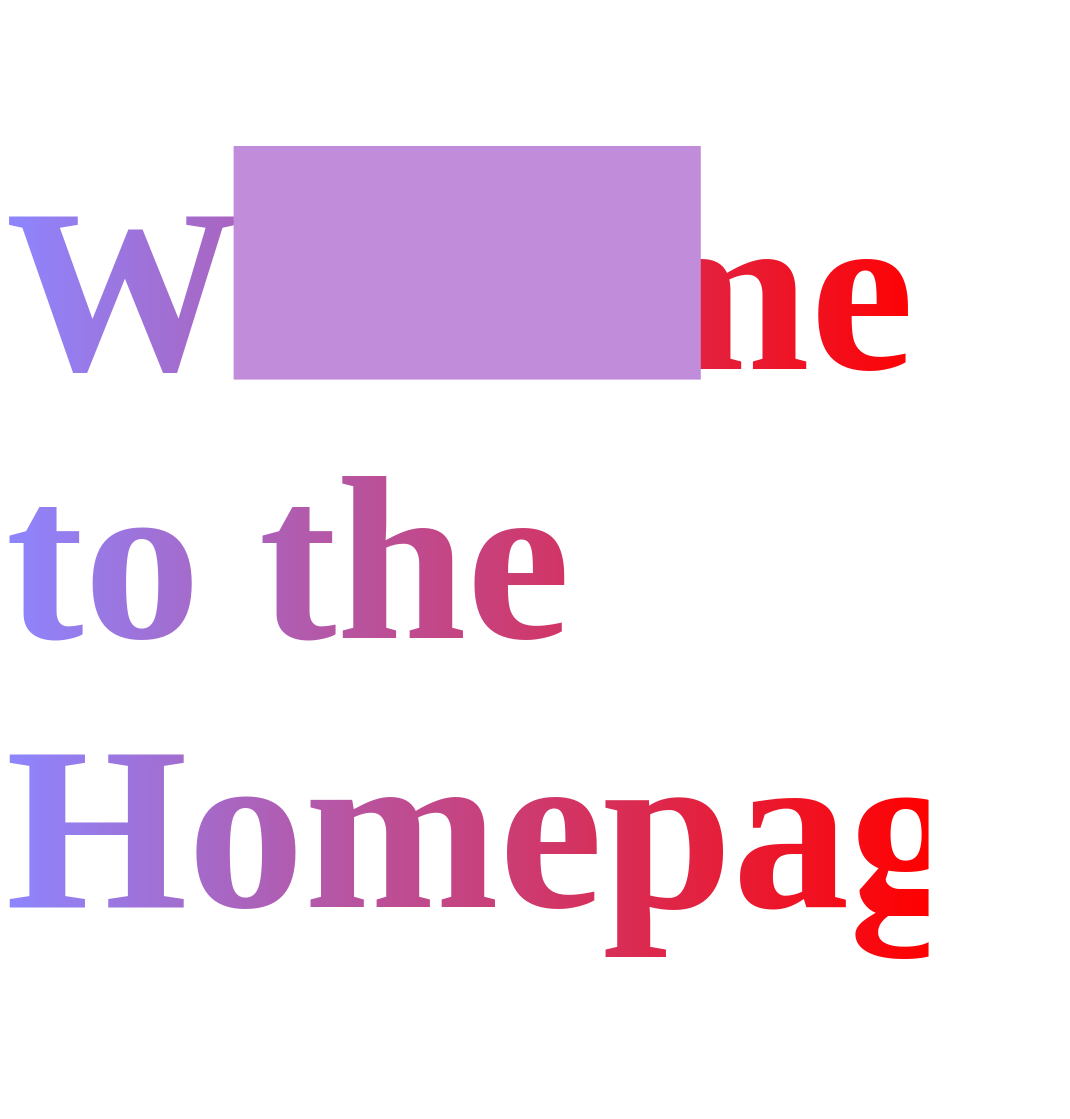
Repository: juliet-jskim/week9-popup-MDIA2109
Page: /
An editor plug-in stored every save of this project. The page is shown before and after the next save, followed by the edit.
The browser window is 1280 px wide. The page is 1466 px wide, then 1280 px, so the pictures cover 1466 px, including what lies to the right of the window. The pictures show the whole page, at 73% of full size.
The project was rebuilt for these pictures with package versions that can differ from the ones it lists, and the page was loaded fresh each time. The framework's server and built-in components were replaced by stand-ins that run in the browser. Also part of the build but not shown: next.config.js.

Above is the page before, as saved 2023-02-27 10:08:35.

### pages/index.js
import Head from 'next/head'
import Image from 'next/image'
import styles from '@/styles/Home.module.css'
import Ad from '@/components/Ad'


export default function Home() {
  return (
    <>
      <Head>
        <title>Create Next App</title>
        <meta name="description" content="Generated by create next app" />
        <meta name="viewport" content="width=device-width, initial-scale=1" />
        <link rel="icon" href="/favicon.ico" />
      </Head>
      <main className={styles.main}>
        <h1>Welcome to the Homepage</h1>
        <Ad/>
      </main>
    </>
  )
}

### styles/globals.css
:root {

}

### styles/Home.module.css
.main {
  font-family: lust;
  background: rgb(141,134,255);
  background: linear-gradient(90deg, rgba(141,134,255,1) 0%, rgba(255,0,0,1) 100%);
  z-index: -1;
  -webkit-background-clip: text;
  -webkit-text-fill-color: transparent;
  font-size: 10rem;
}

### components/Ad/index.js
import { useState } from "react"
import styles from './Ad.module.css'

export default function Ad() {

    const [popup, setPopup] = useState(true); //if theres only 2 different values, e.g yes/no, you can use boolean values


    return (
        <>
        {
            popup ?
            <div className={styles.container}>
                    <div className={styles.popup__area}>
                        <div onClick={() => setPopup(false)}>Close</div>
                        Welcome
                    </div>
            </div>
            : <></> //if false, it will show up empty
        }
        </>
    )
}

### components/Ad/Ad.module.css
.container {
    background-color: rgba(20,20,20,20 0.8);
    position: absolute;
    top: 0px;
    right: 0px;
    bottom: 0px;
    left:0px;
    font-family: montserrat;
}

.popup__area {
    margin: 0px;
    background: rgb(193, 141, 219);
    position: absolute;
    height: 20rem;
    width: 40rem;
    top:50%;
    left:50%;
    margin-right: -50%;
    transform: translate(-50%, -50%);
}

Loaded but not shown: pages/_app.js (common file); pages/_document.js (common file)

After the next save:
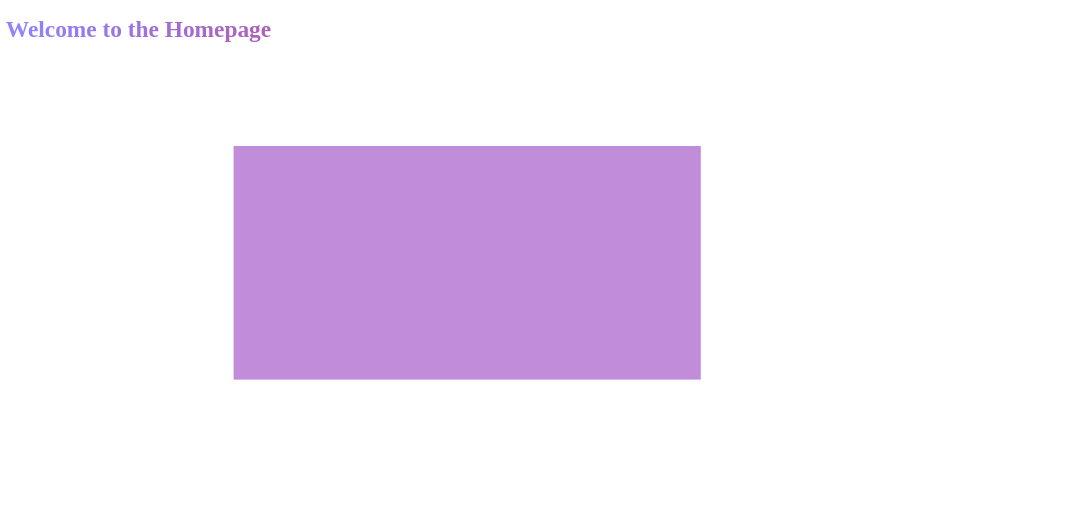
Saved 11 s later.
--- a/styles/Home.module.css
+++ b/styles/Home.module.css
@@ -5,5 +5,4 @@
   z-index: -1;
   -webkit-background-clip: text;
   -webkit-text-fill-color: transparent;
-  font-size: 10rem;
 }
